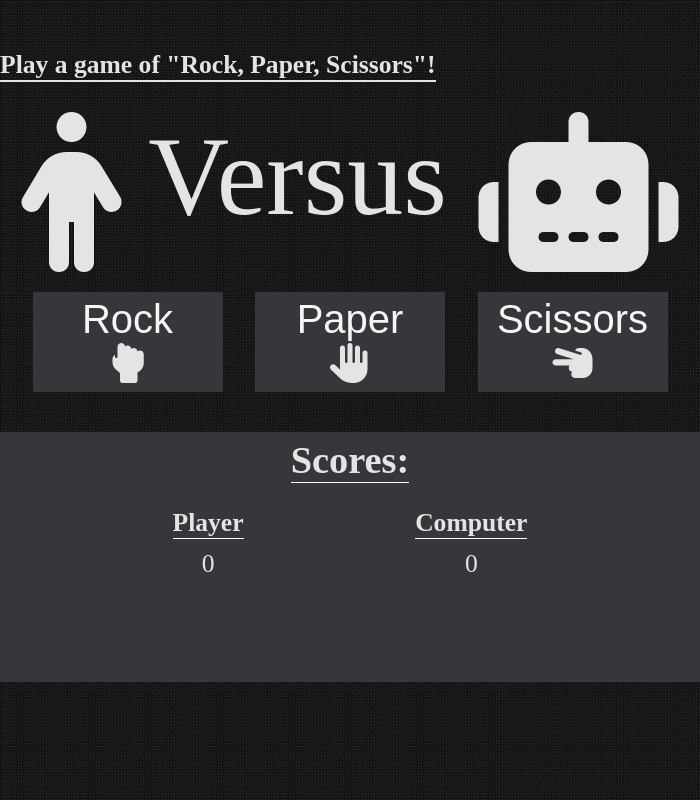
Repository: Pafestivo/rock-paper-scissors
Page: index.html
An editor plug-in stored every save of this project. The page is shown before and after a run of saves, followed by the edit.
The browser window is 375 px wide. The page is 700 px wide, so the pictures cover 700 px, including what lies to the right of the window. The pictures show the whole page.
Some web libraries are served in a nearby version.

Above is the page before, as saved 2022-10-15 14:22:37.

### index.html
<!DOCTYPE html>
<html lang="en">
<head>
  <meta charset="UTF-8">
  <meta name="viewport" content="width=device-width, initial-scale=1.0">
  <link rel="stylesheet" href="styles.css">
  <script src="js-file.js" defer></script>
  <script src="https://kit.fontawesome.com/e2364af56b.js" crossorigin="anonymous"></script>
  <title>Rock, Paper, Scissors</title>
</head>
<body>

  <header>
    <h1>Play a game of "Rock, Paper, Scissors"!</h1>
  </header>
  <div id="versus">
    <i class="fa-solid fa-person"></i>
    <p>Versus</p>
    <i class="fa-solid fa-robot"></i>
  </div> <!-- /versus -->

  <div class="buttons">
    <button id="rock">
      Rock
      <i class="fa-solid fa-hand-back-fist"></i>
    </button>
    <button id="paper">
      Paper
      <i class="fa-solid fa-hand"></i>
    </button>
    <button id="scissors">
      Scissors
      <i class="fa-solid fa-hand-scissors"></i>
    </button>
  </div> <!-- /buttons -->


  <div id="results">

    <div class="scores">
      <h1 id="scores-header">Scores:</h1>
    </div> <!-- /scores -->

    <div class="columns">
      <div class="player">
        <h1 class="underline">Player</h1>
        <p id ="player-points" class="points">0</p>
      </div> <!-- /player-scores -->

      <div class="comp">
        <h1 class="underline">Computer</h1>
        <p id="computer-points" class="points">0</p>
      </div> <!-- /comp-scores -->
    </div><!-- /columns -->

  </div> <!-- /results -->

  <button id="play-again" class="hidden"><a href="https://pafestivo.github.io/rock-paper-scissors/">Play again</a></button>


</body>
</html>

### styles.css
* {
  margin: 0;
  padding: 0;
  box-sizing: border-box;
}

body {
  font-family: serif;
  background-image: url(images/background.jpg);
  color: rgb(228, 228, 228);
}

header {
  width: max-content;
  margin: 50px auto 30px auto;
  border-bottom: 2px solid rgb(228, 228, 228);
}

#versus {
  display: flex;
  width: 700px;
  font-size: 10rem;
  margin: 0 auto 20px auto;
  justify-content: space-evenly;
  color: rgb(228, 228, 228);
}

.fa-robot {
  margin-left: 10px;
  font-size: 10rem;
}

.fa-person {
  font-size: 10rem;
  margin-right: 5px;
}

.buttons {
  display: flex;
  width: 700px;
  margin: 0 auto;
  justify-content: space-evenly;
}

button {
  position: relative;
  width: 190px;
  height: 100px;
  background-color: #35373B;
  border: none;
  font-size: 40px;
  color: whitesmoke;
}

button .fa-solid {
  width: 100%;
  color: rgb(228, 228, 228);
}

button:hover {
  cursor: pointer;
  background-color: #56595f;
}

button:focus {
  background-color: #635656;
}

button:disabled:hover {
  cursor: not-allowed;
  background-color: #35373B;
}

.comp-choice {
  position: absolute;
  bottom: 5px;
  right: 10px;
  font-size: 20px;
  max-width: 20px;
}

.player-choice {
  position: absolute;
  bottom: 5px;
  left: 10px;
  font-size: 20px;
  max-width: 20px;
}

#results {
  margin: 40px auto 40px auto;
  width: 700px;
  height: 250px;
  padding: 1px;
  background-color: #35373B;
}

#scores-header {
  margin: 5px auto 25px auto;
  font-size: 3em;
  width: max-content;
  border-bottom: 1px solid white;
}

.columns {
  display: flex;
  justify-content: space-evenly;
  margin-bottom: 20px;
}

.round-result {
  margin-bottom: 15px;
  font-size: 2em;
  text-align: center;
  padding: 0;
}

.underline {
  width: max-content;
  border-bottom: 1px solid white;
}

.points {
  font-size: 2em;
  text-align: center;
  margin-top: 10px;
}

a {
  text-decoration: none;
  color: inherit;
}

#play-again {
  display: block;
  margin: 0 auto;
  font-size: 2rem;
  width: 200px;
  height: 60px;
}

.hidden {
  visibility: hidden;
}

@media only screen and (max-width: 600px) {
  body {
    font-size: 0.8rem;
  }

  #versus {
    width: 700px;
    font-size: 7rem;
  }
}

### js-file.js
let playerScore = 0;
let computerScore = 0;

const playerColumn = document.querySelector('.player');
const playerPoints = document.getElementById('player-points');

const computerColumn = document.querySelector('.comp');
const computerPoints = document.getElementById('computer-points');

//round logic
function playRound(playerSelection, computerSelection) {

  let log = ""


  if (
    (playerSelection === "Rock" && computerSelection === "Paper") ||
    (playerSelection === "Paper" && computerSelection === "Scissors") ||
    (playerSelection === "Scissors" && computerSelection === "Rock")
    ) {
    log = "You lost this round!"
    computerScore++
  }
  else if (
    (playerSelection === "Paper" && computerSelection === "Rock") ||
    (playerSelection === "Rock" && computerSelection === "Scissors") ||
    (playerSelection === "Scissors" && computerSelection === "Paper")
  ) {
    log = "You won this round!"
    playerScore++
  }
  else if (
    (playerSelection === computerSelection)
  ) {
    log = "This round ends in a draw!"
  }

  playerPoints.textContent = playerScore;

  computerPoints.textContent = computerScore;


  //finish the game at 5 points + show play again button
  const buttons = document.querySelectorAll('button');
  const playAgain = document.getElementById('play-again')
  if(playerScore === 5) {
    for(i = 0; i < buttons.length - 1; i++) {
      buttons[i].setAttribute("disabled", "disabled"); //disable buttons
      playAgain.classList.remove('hidden');
    }

    return "You won!";

  } else if (computerScore === 5) {
    for(i = 0; i < buttons.length - 1; i++) {
      buttons[i].setAttribute("disabled", "disabled");
      playAgain.classList.remove('hidden');
    }
    return "You lost!";
  }

  return log;
};

//variables to target the buttons
const rockChosen = document.querySelector('#rock');
const paperChosen = document.querySelector('#paper');
const scissorsChosen = document.querySelector('#scissors');


//computer selection
function getComputerChoice() {
  const possibleChoices = ["Rock", "Paper", "Scissors"];
  const randomize = Math.floor(Math.random() * possibleChoices.length);
  let selected = possibleChoices[randomize];

  if(document.querySelector('button #robot') != null) { //checks to see if robot icon already exists
    const robotIcon = document.getElementById('robot');
    const parent = document.getElementById('robot').parentElement;
    parent.removeChild(robotIcon); //remove the icon if it exists
  }

  if (selected === "Rock") {
    rockChosen.insertAdjacentHTML('beforeend', '<i id="robot" class="fa-solid fa-robot comp-choice"></i>'); //adds robot icon

  } else if (selected === "Paper") {
    paperChosen.insertAdjacentHTML('beforeend', '<i id="robot" class="fa-solid fa-robot comp-choice"></i>');

  } else if (selected === "Scissors") {
    scissorsChosen.insertAdjacentHTML('beforeend', '<i id="robot" class="fa-solid fa-robot comp-choice"></i>');
  }

  return selected;
};


//adding the round result paragraph to the page
const results = document.querySelector('#results');
const para = document.createElement('p');
para.classList.add('round-result');


//function for event listeners
function rockRound() {

  if(document.querySelector('button #human') != null) { //checks to see if human icon already exists
    const humanIcon = document.getElementById('human');
    const parent = document.getElementById('human').parentElement;
    parent.removeChild(humanIcon); //remove the icon if it exists
  }

  rockChosen.insertAdjacentHTML('beforeend', '<i id="human" class="fa-solid fa-person player-choice"></i>'); //adds human icon

  let computerSelection = getComputerChoice();

  let roundResult = playRound("Rock", computerSelection);

  para.textContent = roundResult;
  results.appendChild(para);
};

function paperRound() {
  let computerSelection = getComputerChoice();

  if(document.querySelector('button #human') != null) { //checks to see if human icon already exists
    const humanIcon = document.getElementById('human');
    const parent = document.getElementById('human').parentElement;
    parent.removeChild(humanIcon); //remove the icon if it exists
  }

  paperChosen.insertAdjacentHTML('beforeend', '<i id="human" class="fa-solid fa-person player-choice"></i>'); //adds human icon

  para.textContent = playRound("Paper", computerSelection);
  results.appendChild(para);
};

function scissorsRound() {
  let computerSelection = getComputerChoice();

  if(document.querySelector('button #human') != null) { //checks to see if human icon already exists
    const humanIcon = document.getElementById('human');
    const parent = document.getElementById('human').parentElement;
    parent.removeChild(humanIcon); //remove the icon if it exists
  }

  scissorsChosen.insertAdjacentHTML('beforeend', '<i id="human" class="fa-solid fa-person player-choice"></i>'); //adds human icon

  para.textContent = playRound("Scissors", computerSelection);
  results.appendChild(para);
};
//end of event listeners functions


//adding event listeners to each button
const rock = document.querySelector('#rock');
rock.addEventListener("click", rockRound);

const paper = document.querySelector('#paper');
paper.addEventListener("click", paperRound);

const scissors = document.querySelector('#scissors');
scissors.addEventListener("click", scissorsRound);

After the next 5 saves:
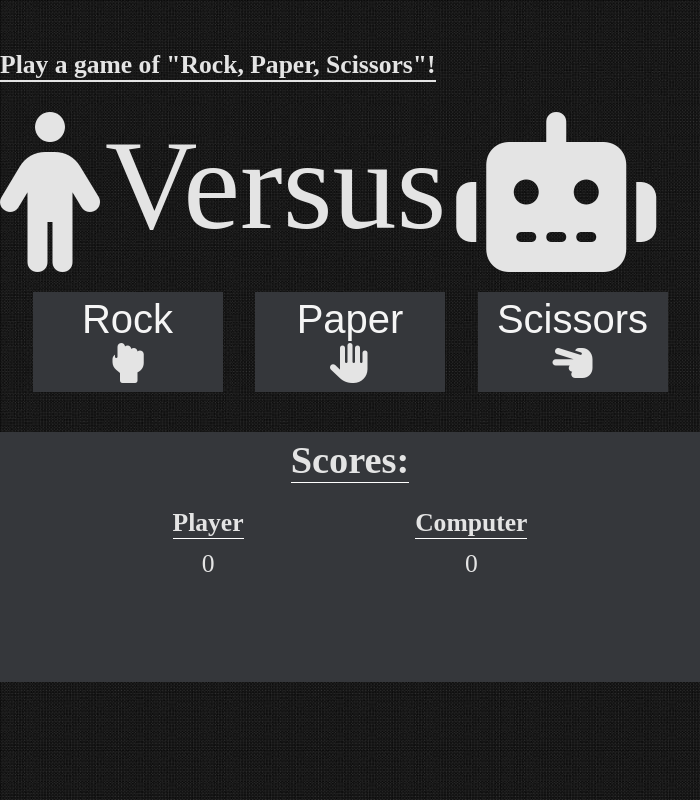
The 5 saves are shown as one change because they came seconds apart.
The last was saved 14 s later.
--- a/styles.css
+++ b/styles.css
@@ -149,7 +149,7 @@ a {
   }
 
   #versus {
-    width: 700px;
-    font-size: 7rem;
+    width: 400px;
+    font-size: 8rem;
   }
 }
